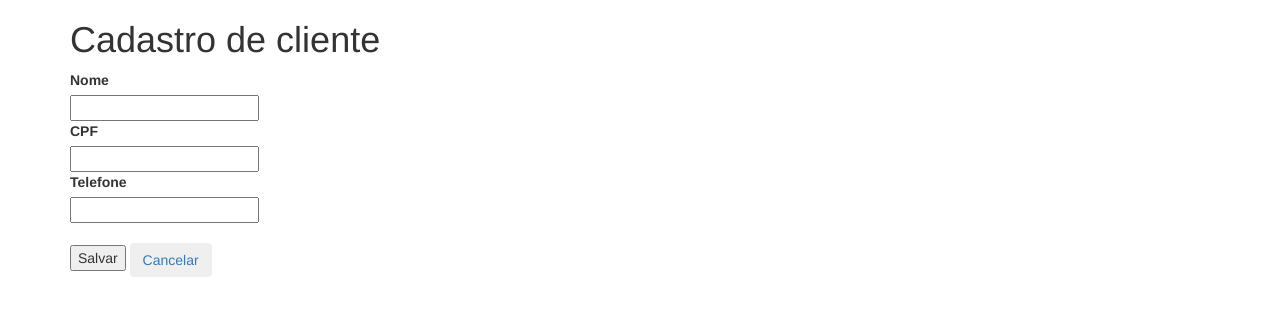
Repository: felipepalma14/Divus
Page: academiaweb/WebContent/cadastrarcliente.html
These files come from the project's save history. The page is drawn as it stood at one moment and after the next save; the edit follows.
The browser window is 1280 px wide. The pictures show the whole page.

Above is the page before, as saved 2015-08-15 15:42:36.

### academiaweb/WebContent/cadastrarcliente.html
<!DOCTYPE html>
<html>
<head>

<meta charset="UTF-8">

<link rel="stylesheet" type = "text/css"  href="resources/css/bootstrap.min.css"/>
<link rel="stylesheet" type = "text/css"  href="resources/css/bootstrap-theme.min.css"/>
<script type="text/javascript">src = "resources/js/bootstrap.min.js"</script>

<title>Cadastro de cliente</title>

</head>
<body>
<div class = "container">
	<h1>Cadastro de cliente</h1>
	<form method="GET" action="cadastrarclienteservlet">
		<label>Nome</label><br />
		<input type="text" name="nome"/><br />

		<label>CPF</label><br />
		<input type="text" name="cpf"/><br />

		<label>Telefone</label><br />
		<input type="text" name="telefone"/><br/><br/>
		<input type="submit" value="Salvar"/>
		<a href="index.html">
			<input class = "btn primery" type="button" value="Cancelar">
		</a>
	</form>
</div>
</body>
</html>

Loaded but not shown: academiaweb/WebContent/resources/css/bootstrap.min.css (library); academiaweb/WebContent/resources/css/bootstrap-theme.min.css (library)

After the next save:
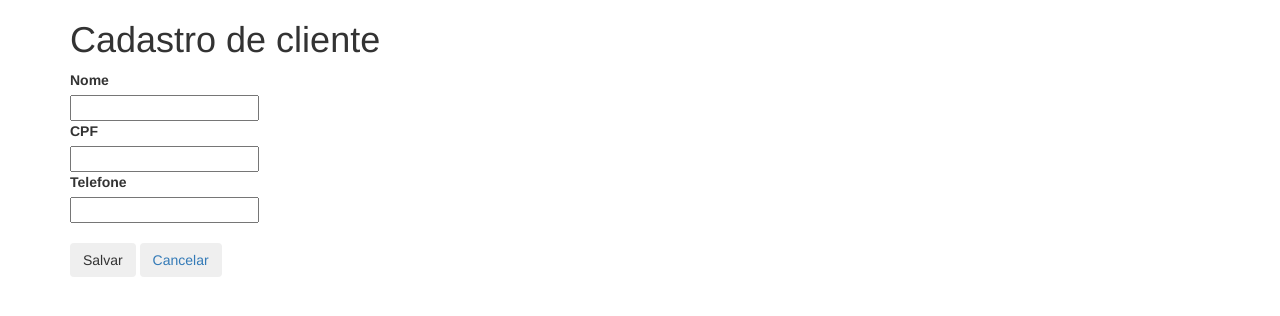
Saved 16 s later.
--- a/academiaweb/WebContent/cadastrarcliente.html
+++ b/academiaweb/WebContent/cadastrarcliente.html
@@ -23,7 +23,7 @@
 
 		<label>Telefone</label><br />
 		<input type="text" name="telefone"/><br/><br/>
-		<input type="submit" value="Salvar"/>
+		<input  class = "btn primery"  type="submit" value="Salvar"/>
 		<a href="index.html">
 			<input class = "btn primery" type="button" value="Cancelar">
 		</a>
